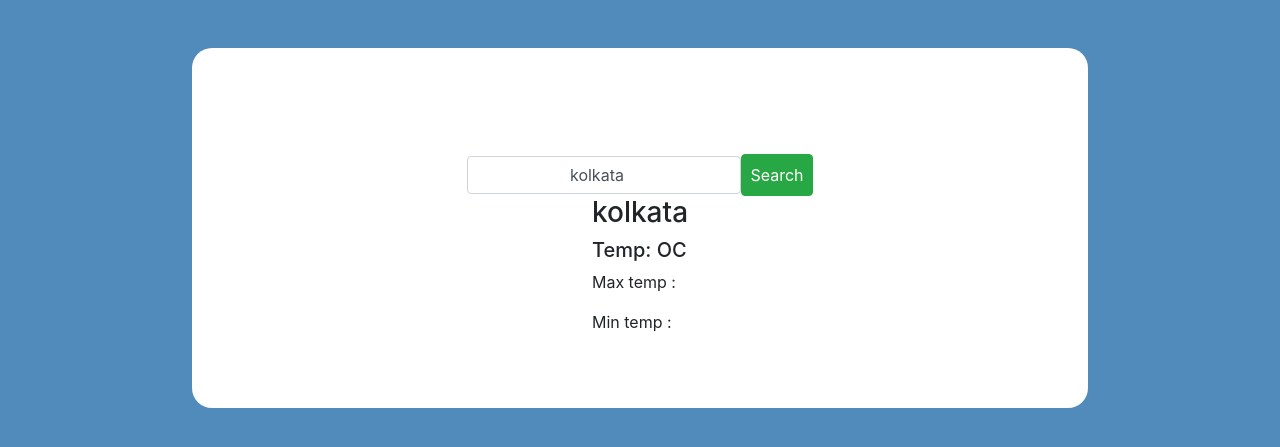
Repository: subhaDTECH/weather-app
Page: /
The author's editor kept a copy of each file at every save. The page is drawn from the files as they stood at one save, then again after the next save.
The browser window is 1280 px wide. The pictures show the whole page.
The page's requests for data from a server got no answer. The project was rebuilt for these pictures with package versions that can differ from the ones it lists, and the page was loaded fresh each time. No one was signed in, and anything a server would have sent is missing.

Above is the page before, as saved 2021-11-19 16:17:11.

After the next save:
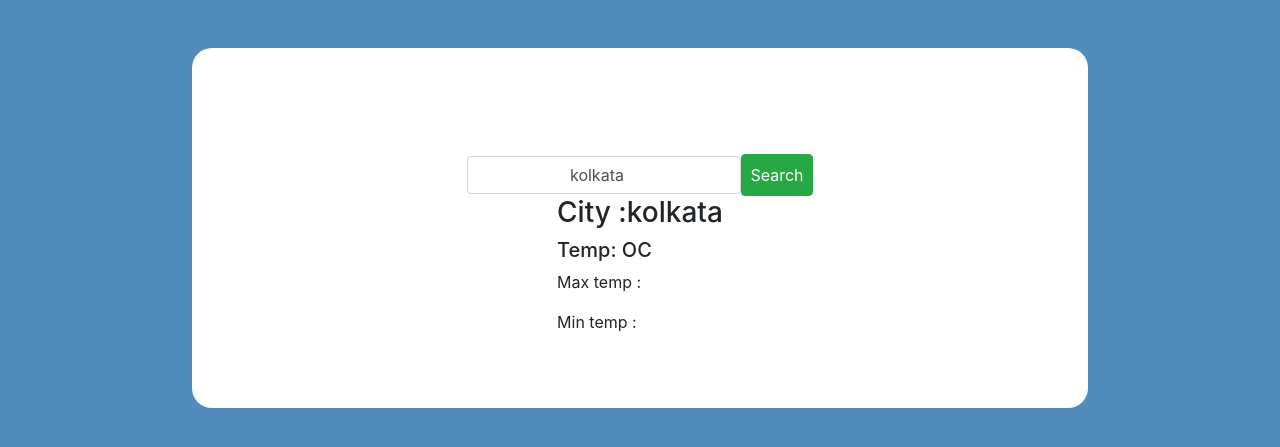
Saved 53 s later.
--- a/src/App.js
+++ b/src/App.js
@@ -41,7 +41,7 @@ const App=()=>{
 
            </div>
            <div className="info_box">
-               <h3>{search}</h3>
+               <h3>City :{search}</h3>
               <h5>Temp:{city?.temp} OC</h5>
                <p>Max temp :{city?.temp_max}</p>
                <p>Min temp :{city?.temp_min}</p>
